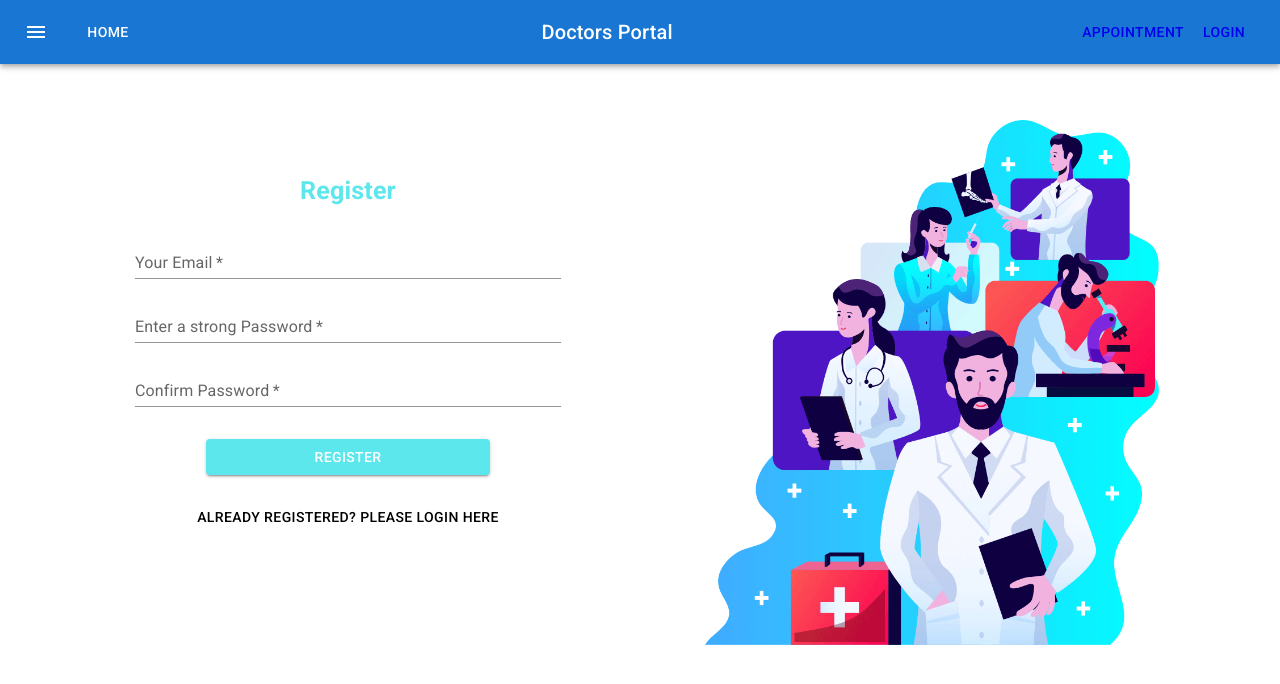
Repository: Sharif-00112/doctors-portal-client
Page: /register
These files come from the project's save history. The page is drawn as it stood at one moment and after the next save; the edit follows.
The browser window is 1280 px wide. The pictures show the whole page.
The project was rebuilt for these pictures with package versions that can differ from the ones it lists, and the page was loaded fresh each time. Also part of the build but not shown: src/Pages/Shared/Footer/Footer.js, src/Pages/Home/AppointmentBanner/AppointmentBanner.js, src/Pages/Home/Banner/Banner.js, src/Pages/Home/Contact/Contact.js, src/Pages/Home/Service/Service.js, src/Pages/Home/Services/Services.js, src/Pages/Home/Story/Story.js, src/Pages/Home/Home/Home.js and 7 more.

Above is the page before, as saved 2022-11-06 23:07:02.

After the next save:
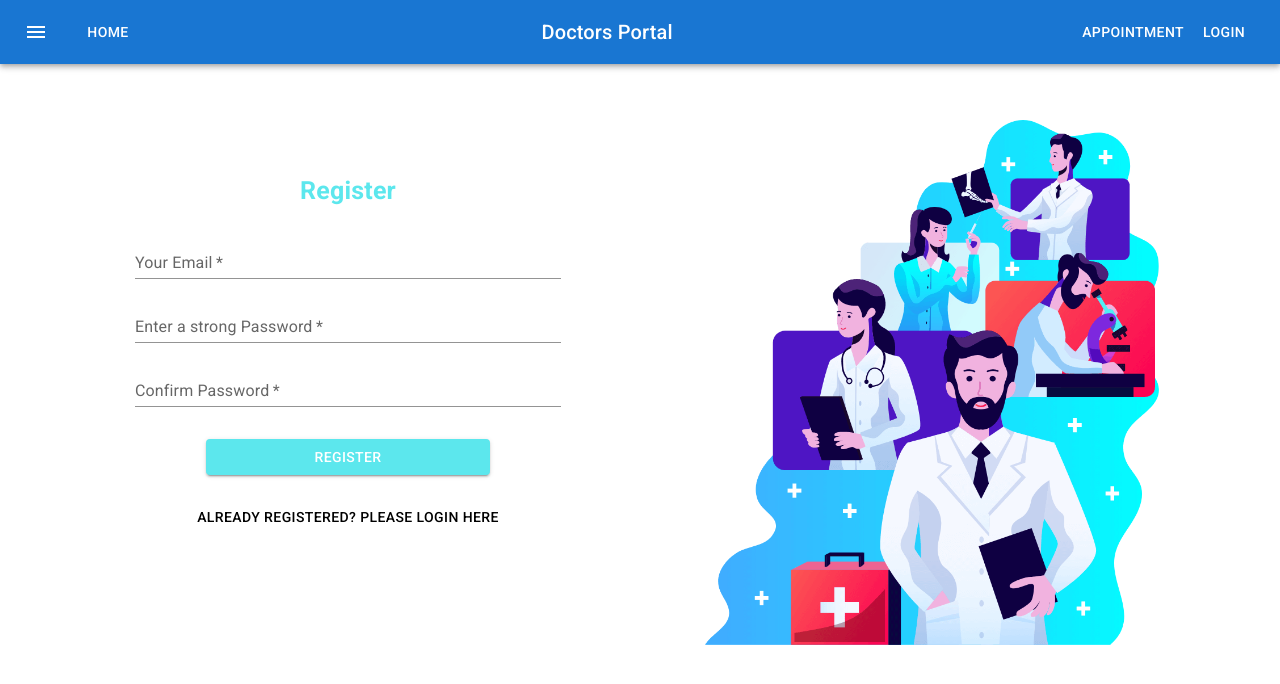
Saved 33 s later.
--- a/src/Pages/Shared/Navigation/Navigation.js
+++ b/src/Pages/Shared/Navigation/Navigation.js
@@ -24,17 +24,21 @@ const Navigation = () => {
                             <MenuIcon />
                         </IconButton>
                         <Link
-                            style={{ textDecoration:'none', color:'white'}}
+                            style={{ textDecoration:'none', color:'white' }}
                             to = '/home'>
                             <Button color="inherit">Home</Button>
                         </Link>
                         <Typography variant="h6" component="div" sx={{ flexGrow: 1 }}>
                             Doctors Portal
                         </Typography>
-                        <Link to = '/appointment'>
+                        <Link
+                            style={{ textDecoration:'none', color:'white' }}
+                            to = '/appointment'>
                             <Button color="inherit">Appointment</Button>
                         </Link>
-                        <NavLink to = '/login'>
+                        <NavLink
+                            style={{ textDecoration:'none', color:'white' }}
+                            to = '/login'>
                             <Button color="inherit">Login</Button>
                         </NavLink>
                         {/* <Button color="inherit">Login</Button> */}
